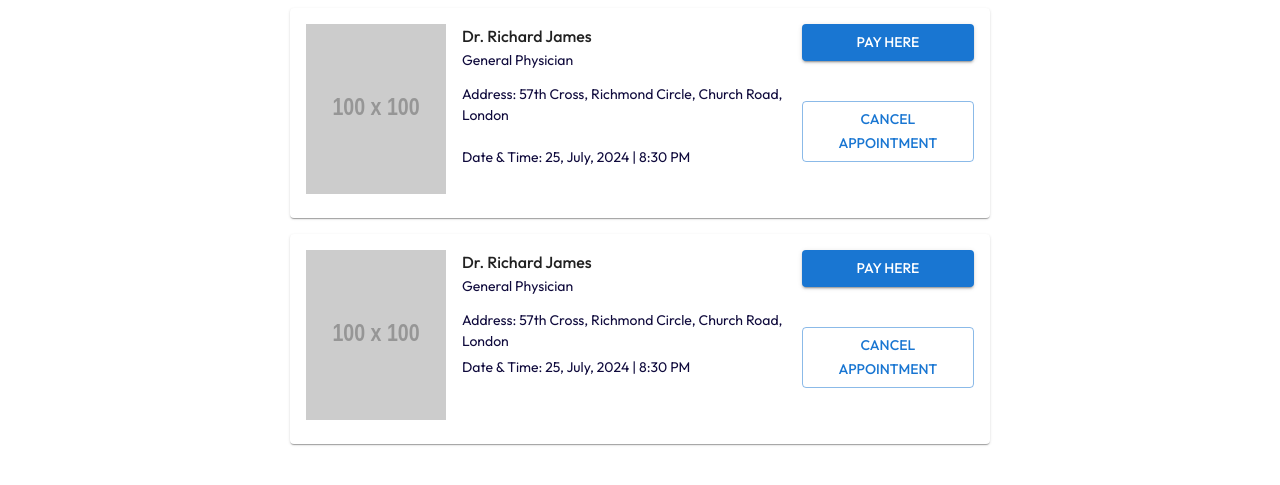
Repository: Ali-Dmerdash/DEPI_GRAD
Page: /
The author's editor kept a copy of each file at every save. The page is drawn from the files as they stood at one save, then again after the next save.
The browser window is 1280 px wide. The pictures show the whole page.
The project was rebuilt for these pictures with package versions that can differ from the ones it lists, and the page was loaded fresh each time. Also part of the build but not shown: vite.config.ts.

Above is the page before, as saved 2024-10-08 20:57:48.

After the next save:
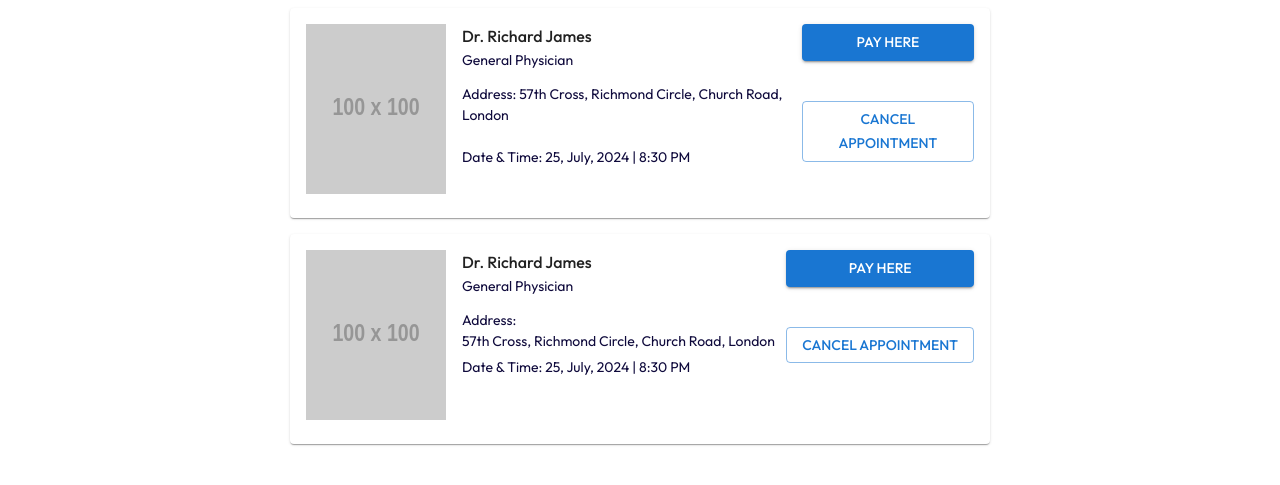
Saved 22 s later.
--- a/src/pages/myappointment/index.tsx
+++ b/src/pages/myappointment/index.tsx
@@ -74,7 +74,7 @@
                 fontSize="14px"
                 sx={{ marginBottom: "5px" }}
               >
-                Address: 57th Cross, Richmond Circle, Church Road, London
+                Address: <br /> 57th Cross, Richmond Circle, Church Road, London
               </Typography>
               <Typography color="#0F0A3C" fontSize="14px">
                 Date & Time: 25, July, 2024 | 8:30 PM

After the save that followed:
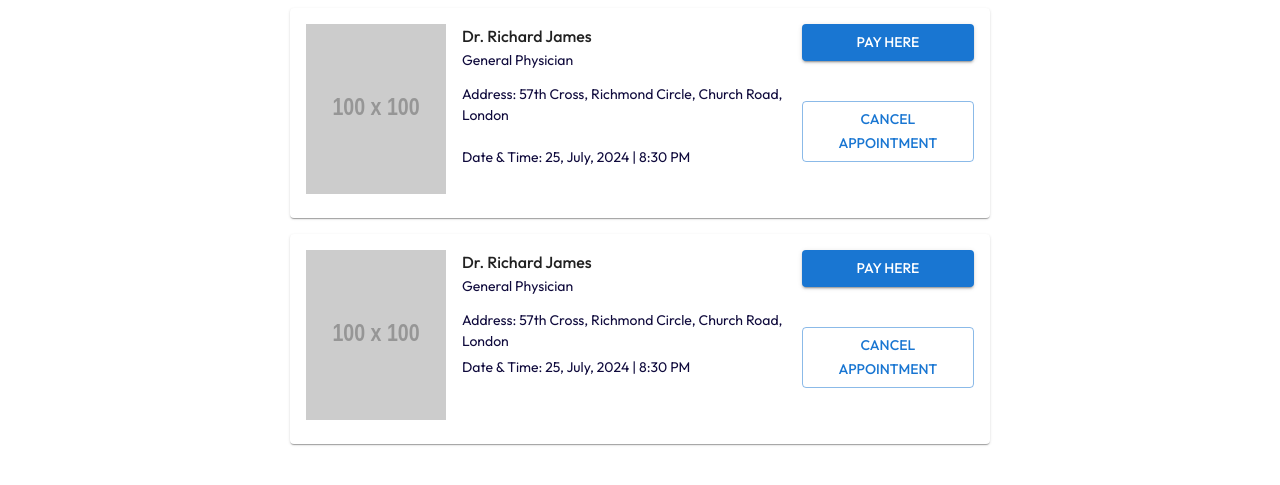
Saved 11 s later.
--- a/src/pages/myappointment/index.tsx
+++ b/src/pages/myappointment/index.tsx
@@ -74,7 +74,7 @@
                 fontSize="14px"
                 sx={{ marginBottom: "5px" }}
               >
-                Address: <br /> 57th Cross, Richmond Circle, Church Road, London
+                Address: 57th Cross, Richmond Circle, Church Road, London
               </Typography>
               <Typography color="#0F0A3C" fontSize="14px">
                 Date & Time: 25, July, 2024 | 8:30 PM
